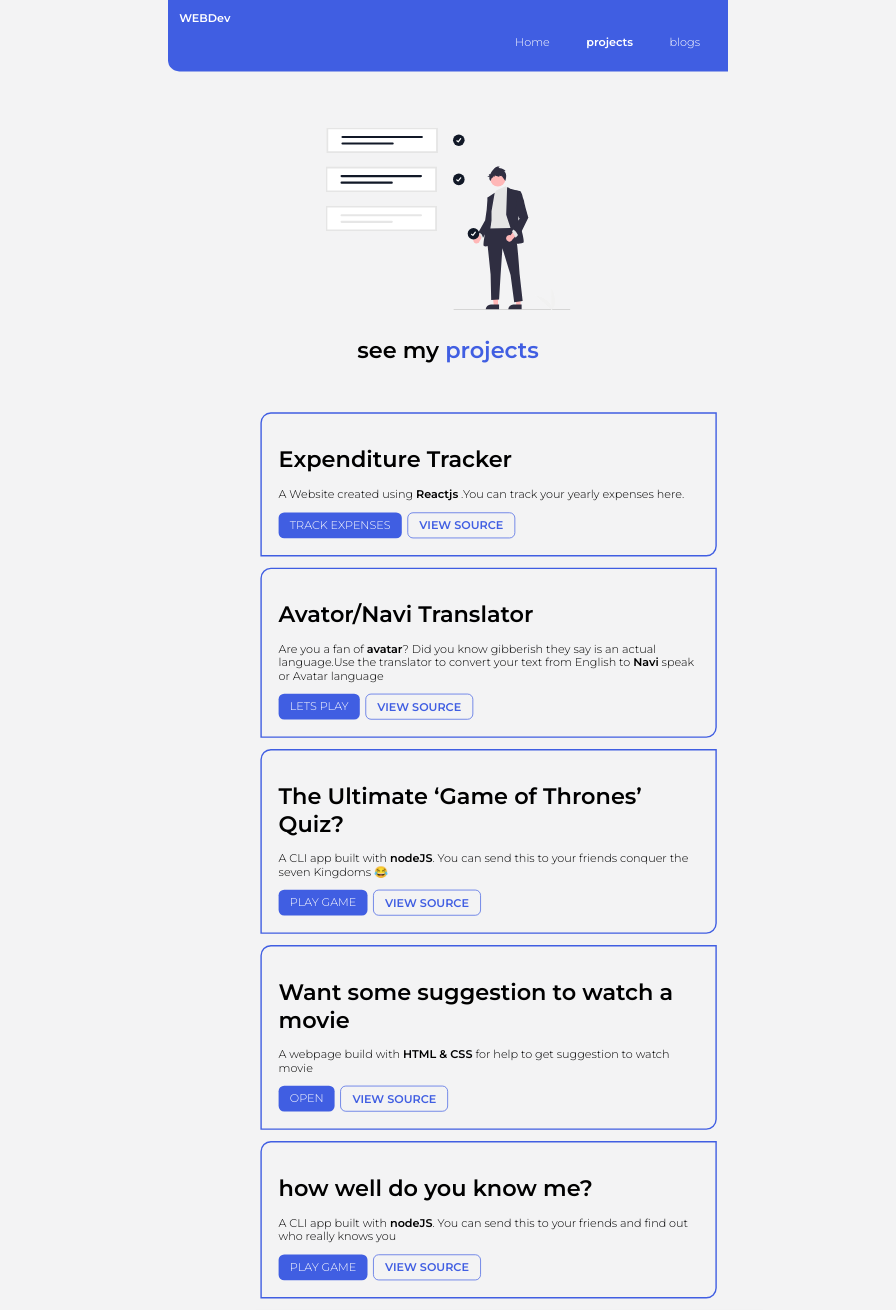
Repository: sohan2503001/Portfolio
Page: projects.html
The author's editor kept a copy of each file at every save. The page is drawn from the files as they stood at one save, then again after a run of saves.
The browser window is 1280 px wide. The pictures show the whole page, at 70% of full size.

Above is the page before, as saved 2021-05-26 11:39:28.

After the next 4 saves:
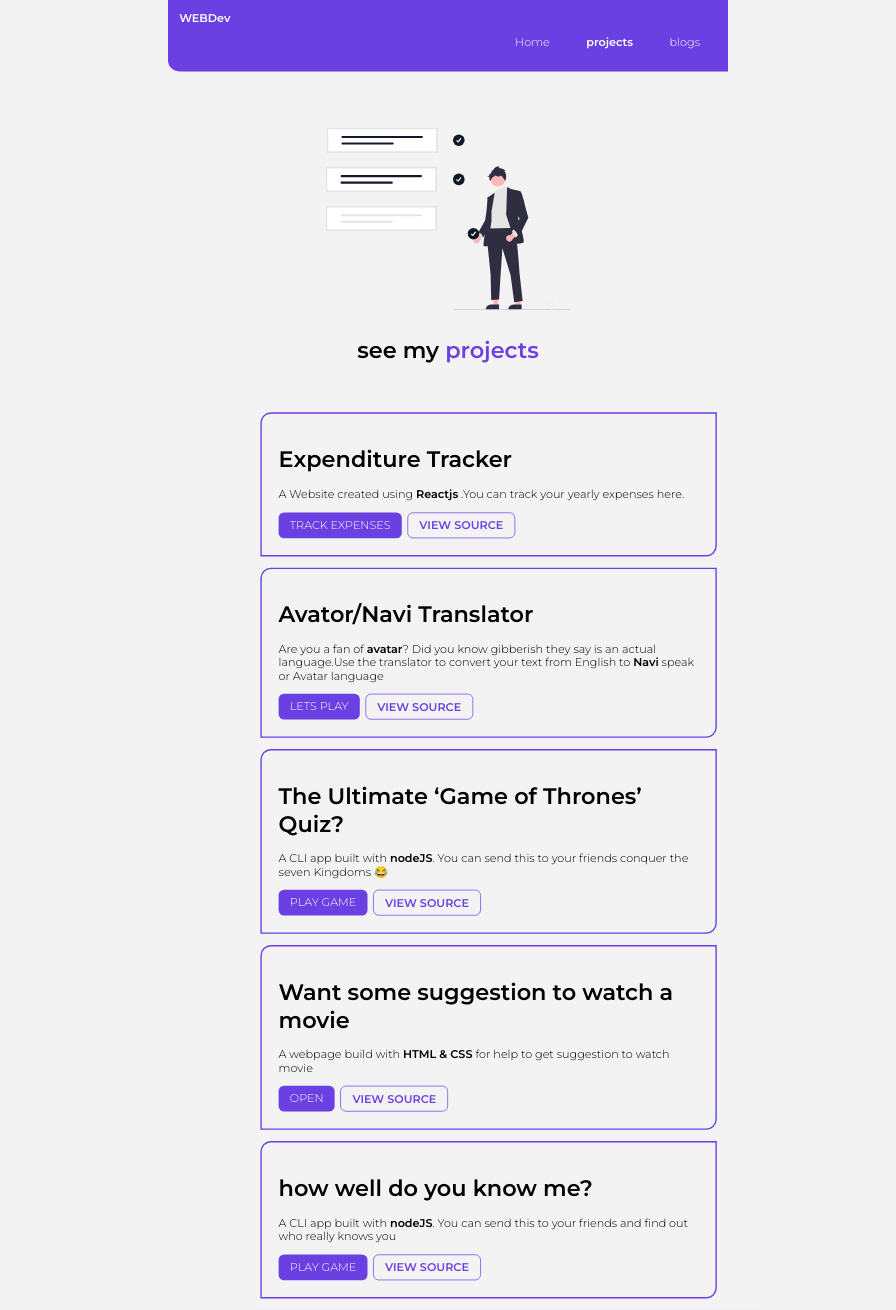
The 4 saves are shown as one change because they came seconds apart.
The last was saved 12 s later.
--- a/style.css
+++ b/style.css
@@ -1,7 +1,7 @@
 @import url('https://fonts.googleapis.com/css2?family=Montserrat:wght@300;600&display=swap');
 
 :root{
-    --primary-color: #405ee2;
+    --primary-color: #6b40e2;
     --dark-gray: #7E7F83;
     --off-white: #709ab3;
 }
